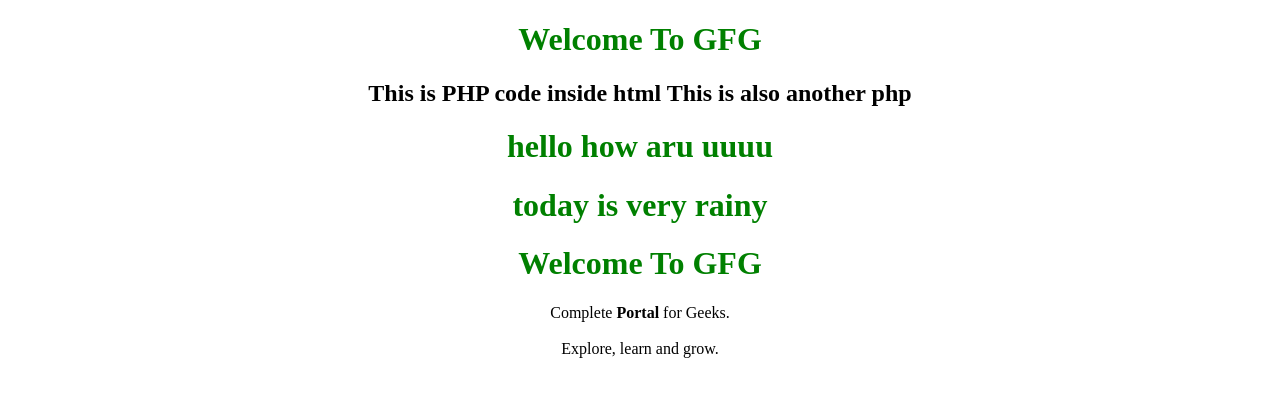
Repository: aashlinrajan/PHPprojectGH
Page: http://localhost/example1.php
These files come from the project's save history. The page is drawn as it stood at one moment and after the next save; the edit follows.
The browser window is 1280 px wide. The pictures show the whole page.
The page is run by PHP 8.4 with error messages shown; the project is at /var/www/html/.

Above is the page before, as saved 2022-12-14 11:10:38.

### example1.php
<!DOCTYPE html>
<html>

<head>
    <style>
        h1 {
            color: green;
        }
    </style>
</head>

<body>
    <center>
        <h1>Welcome To GFG</h1>

        <h2>
            <?php
            echo "This is PHP code inside html";
            echo " This is also another php";
            echo "<h1> hello how aru uuuu<h1>";
            echo "<h1> today is very rainy<h1>";
            ?>
        </h2>
    </center>
</body>

</html>
<!DOCTYPE html>
<html>

<head>
    <style>
        h1 {
            color: green;
        }
    </style>
</head>

<body>
    <center>
        <h1>Welcome To GFG</h1>

        <p>
<?php
echo "Complete <strong>Portal</strong> for Geeks."
?>
        <br><br>
        <?php
        echo 'Explore, learn and grow.'
        ?>
        </p>
    </center>
</body>

</html>

After the next save:
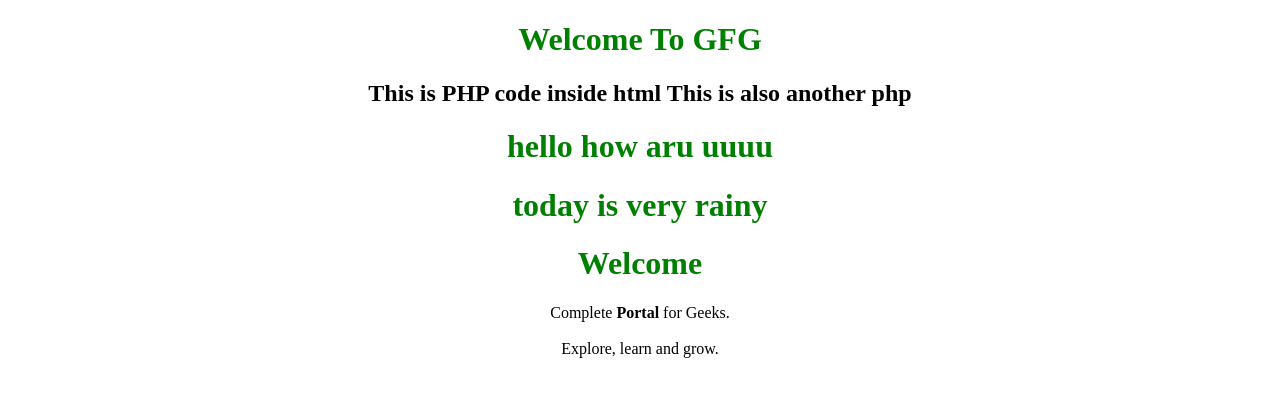
Saved 38 s later.
--- a/example1.php
+++ b/example1.php
@@ -38,7 +38,7 @@
 
 <body>
     <center>
-        <h1>Welcome To GFG</h1>
+        <h1>Welcome </h1>
 
         <p>
 <?php
